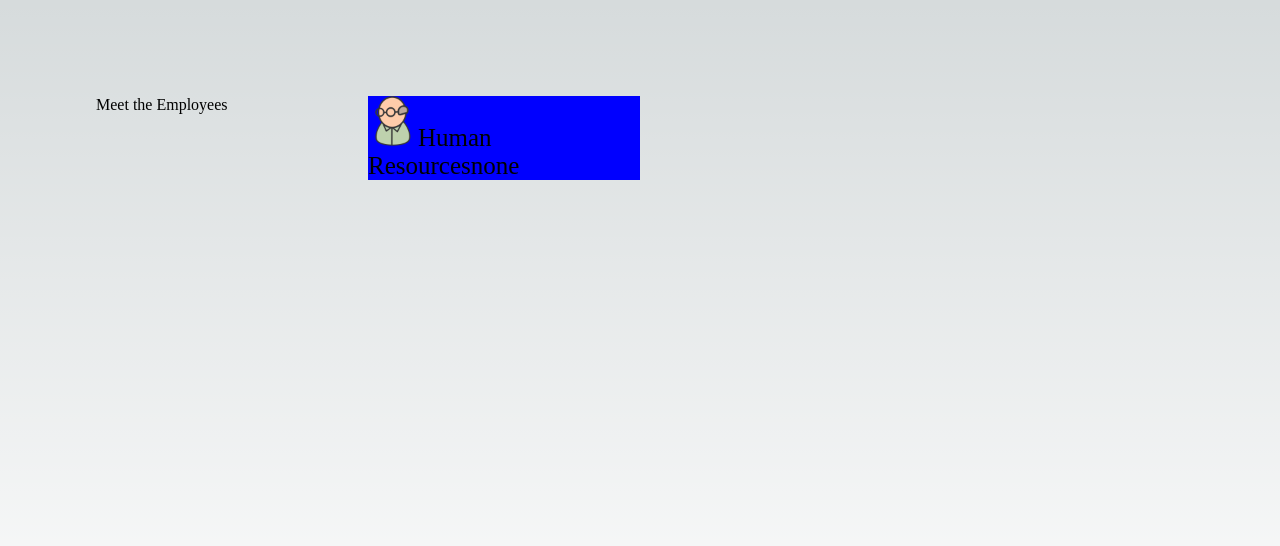
Repository: cheungglenda/MDIA2109-Week3
Page: /about
The author's editor kept a copy of each file at every save. The page is drawn from the files as they stood at one save, then again after the next save.
The browser window is 1280 px wide. The pictures show the whole page.
The project was rebuilt for these pictures with package versions that can differ from the ones it lists, and the page was loaded fresh each time. The framework's server and built-in components were replaced by stand-ins that run in the browser. Also part of the build but not shown: next.config.js.

Above is the page before, as saved 2023-01-19 16:55:31.

After the next save:
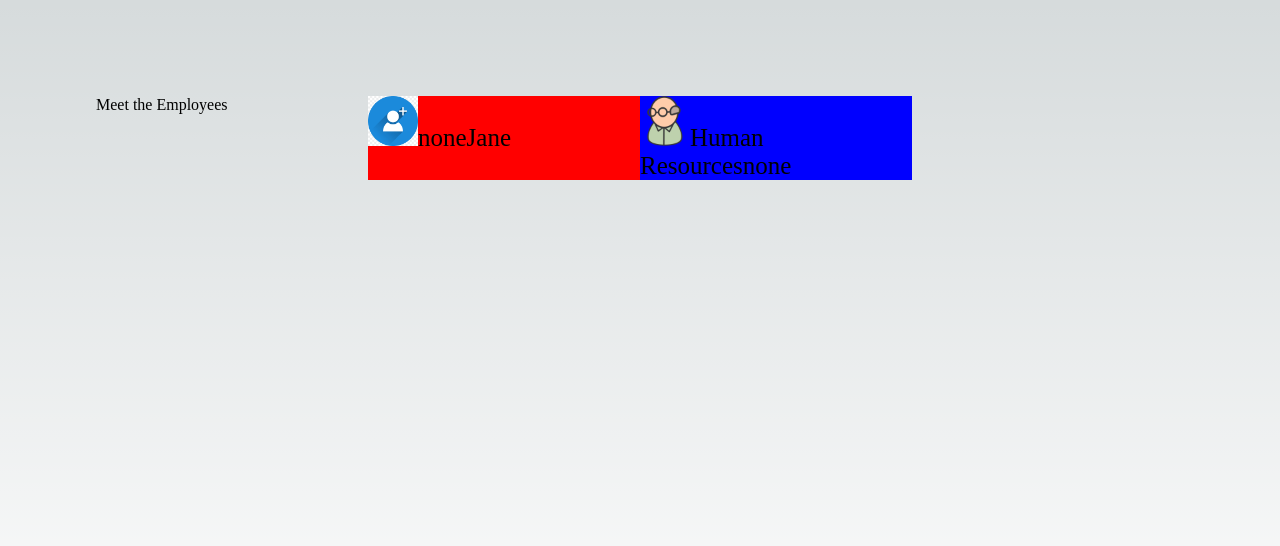
Saved 2 min 43 s later.
--- a/pages/about.js
+++ b/pages/about.js
@@ -23,7 +23,7 @@ export default function About() {
         <div className={styles.grid}>
           <div>Meet the Employees</div>
           {aboutEmployees && aboutEmployees.map((info, index) => {
-            if(info.firstName.toLowerCase() === "Jane") {
+            if(info.firstName.toLowerCase() === "jane") {
             return (
               <EmployeeCard key={index} firstname={info.firstName} jobtitle={info.jobTitle} color="red" font="25px"/>
             )
